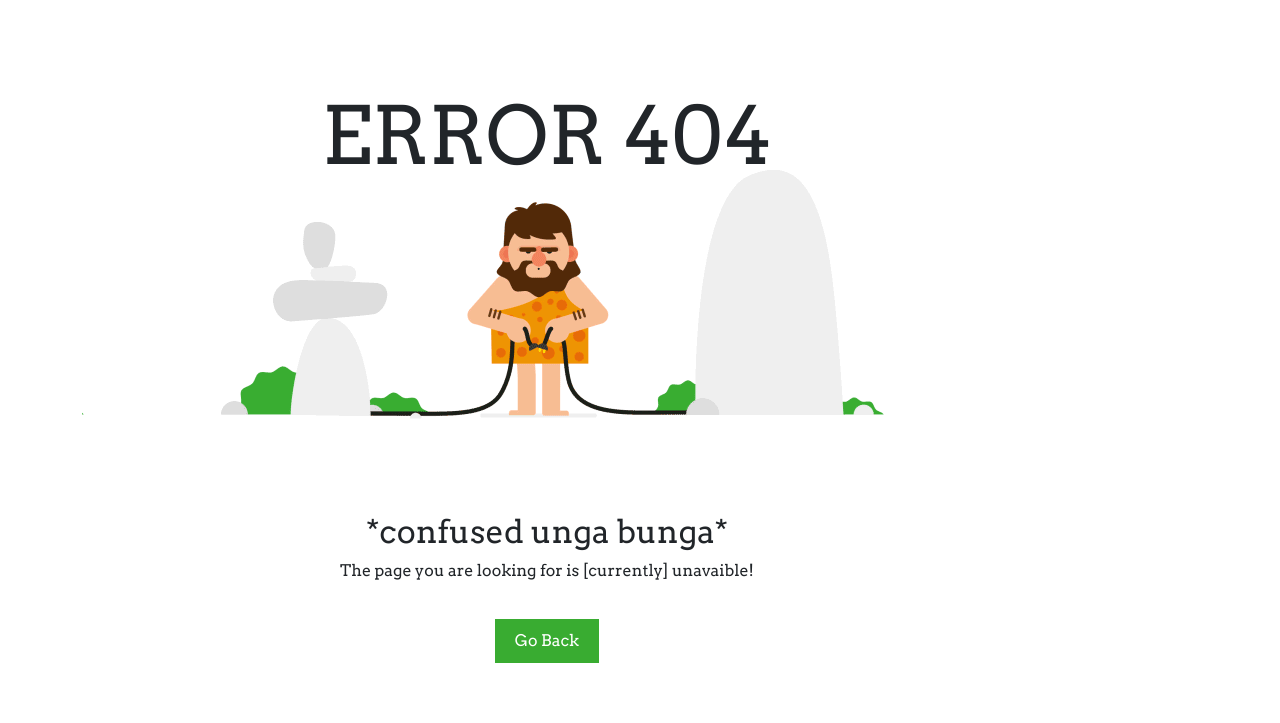
Repository: Delos-343/404-ERROR
Page: index.html
The author's editor kept a copy of each file at every save. The page is drawn from the files as they stood at one save, then again after the next save.
The browser window is 1280 px wide. The pictures show the whole page.

Above is the page before, as saved 2022-04-23 16:20:19.

After the next save:
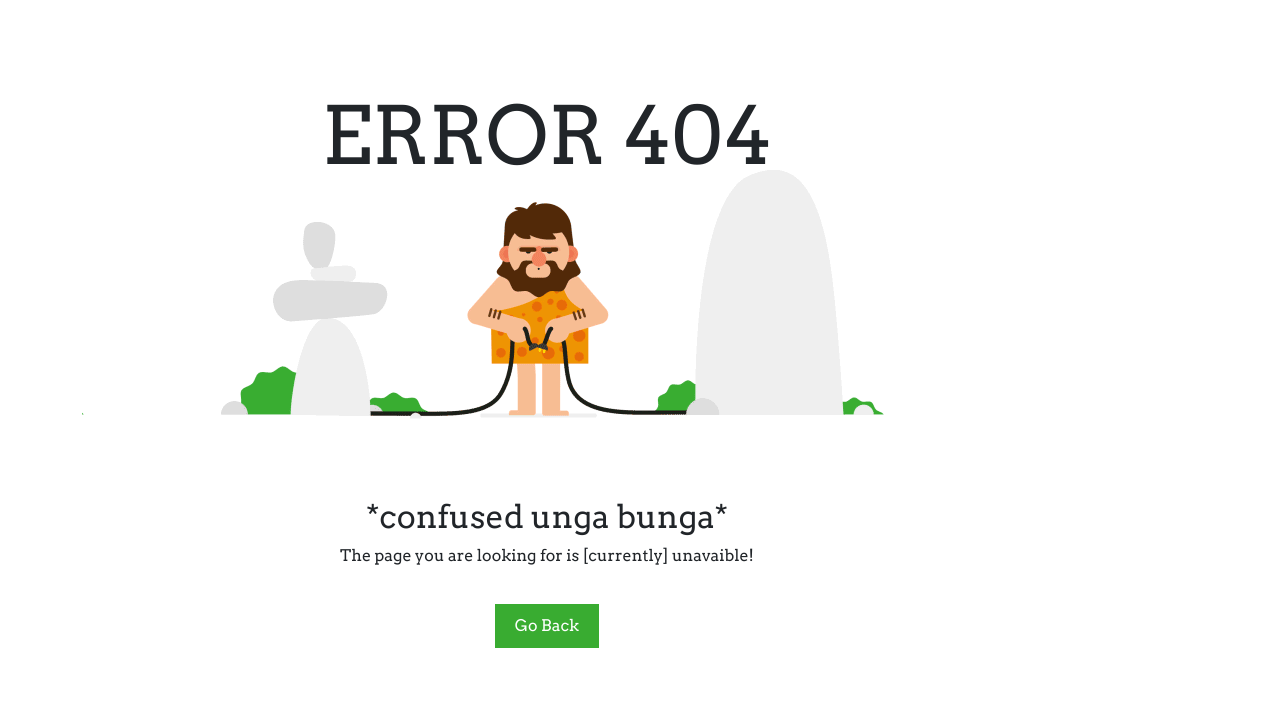
Saved 18 s later.
--- a/style.css
+++ b/style.css
@@ -28,5 +28,5 @@
   text-decoration: none;
 }
 .contant_box_404 {
-  margin-top: 25px;
+  margin-top: 10px;
 }
